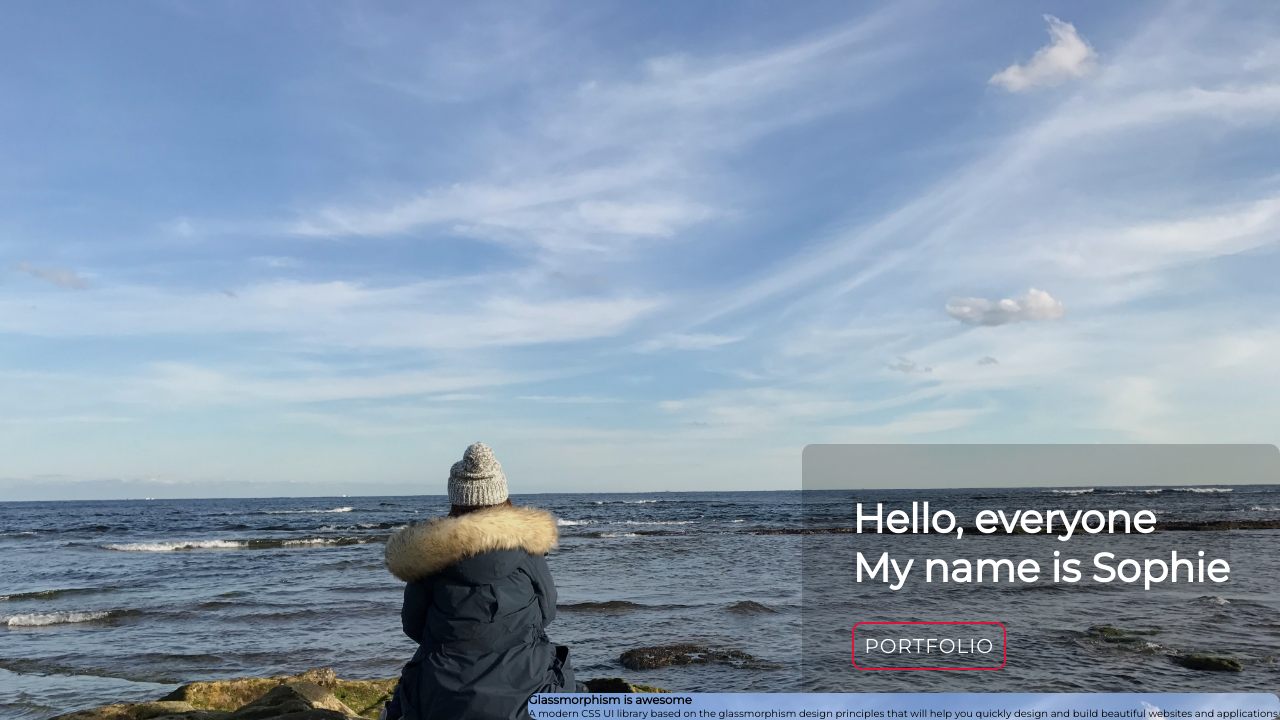
Repository: wenxi0504/StaticWebsite_Profolio
Page: index.html
The author's editor kept a copy of each file at every save. The page is drawn from the files as they stood at one save, then again after the next save.
The browser window is 1280 px wide. The pictures show the whole page.

Above is the page before, as saved 2022-03-02 00:15:15.

### index.html
<!DOCTYPE html>
<html lang="en">
<head>
    <meta charset="UTF-8">
    <meta http-equiv="X-UA-Compatible" content="IE=edge">
    <meta name="viewport" content="width=device-width, initial-scale=1.0">
    <link rel="stylesheet" href="style.css">
    <title>Portfolio</title>
</head>
<body>

    <!-- Introduction section -->
    <section id="myIntro">
        <div class="myIntro container">
            <div class="card">
                <h1>
                    Hello, everyone <br> My name is Sophie
                </h1>
                <a href="#" type="button" class="cta">Portfolio</a>
            </div>
        </div>
        <div class="card">
            <h3 class="card-title">Glassmorphism is awesome</h3>
            <p>A modern CSS UI library based on the glassmorphism design principles that will help you quickly design and build beautiful websites and applications.</p>

        </div>

    </section>

</body>
</html>

### style.css
/* import custom font from GoogleFonts */
@import "https://fonts.googleapis.com/css?family=Montserrat:300, 400, 700&display=swap";
* {
  margin: 0px;
  padding: 0px;
  box-sizing: border-box;
}

html {
  font-size: 10px;
  font-family: "Montserrat", sans-serif;
}

a {
  text-decoration: none;
}

.container {
  min-height: 100vh;
  width: 100%;
  display: flex;
  align-items: center;
  justify-content: center;
}

/* myIntro section */
#myIntro {
  background-image: url(./images/ProfolioBackground.jpg);
  background-size: cover;
  background-position: top center;
  position: relative;
  z-index: 1;
}

/* background blurring */
#myIntro ::after {
  content: "";
  position: absolute;
  left: 0px;
  top: 0px;
  height: 100%;
  width: 100%;
  background-color: black;
  opacity: 10%;
  z-index: -999;
}

.card {
  position: absolute;
  border-radius: 10px;
  right: 0;
  bottom: 0;
  background: inherit;
  overflow: hidden;
  /* -webkit-backdrop-filter: blur(10px);
    backdrop-filter: blur(10px); */
}
.card ::before{
    content: '';
    position: absolute;
    top:0;
    right: 0;
    bottom: 0;
    left: 0;
    background: inherit;
    background-attachment: fixed;
    filter: blur(4px);

}

.card ::after{
    content: '';
    position: absolute;
    top:0;
    right: 0;
    bottom: 0;
    left: 0;
    background: rgba(0, 0, 0, 0.25);

}

#myIntro h1 {
  display: block;
  width: fit-content;
  position: relative;
  margin-top: 5rem;
  margin-left: 5rem;
  margin-right: 5rem;
  font-size: 4rem;
  color: white;
  z-index=2;
}

#myIntro .cta {
  display: inline-block;
  margin-left: 5rem;
  margin-bottom: 5rem;
  padding: 1rem 1rem;
  color: white;
  background-color: transparent;
  border: 2px solid crimson;
  border-radius: 10px;
  font-size: 2rem;
  text-transform: uppercase;
  letter-spacing: 0.1rem;
  margin-top: 30px;
  transition: 0.3s ease;
  transition-property: background-color;
}

#myIntro .cta:hover {
  background-color: crimson;
}

/* end myIntro section */

After the next save:
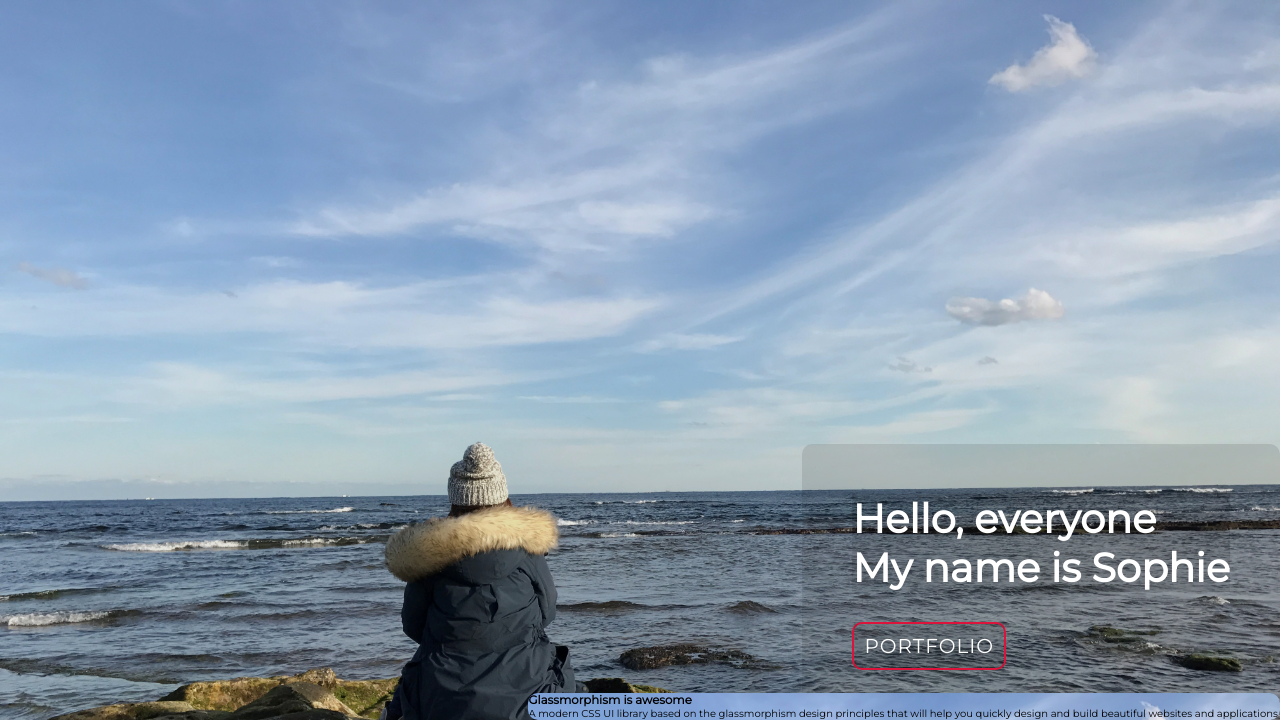
Saved 34 s later.
--- a/style.css
+++ b/style.css
@@ -88,11 +88,12 @@ a {
   margin-right: 5rem;
   font-size: 4rem;
   color: white;
-  z-index=2;
+  z-index:2;
 }
 
 #myIntro .cta {
   display: inline-block;
+  position: relative;
   margin-left: 5rem;
   margin-bottom: 5rem;
   padding: 1rem 1rem;
@@ -106,6 +107,7 @@ a {
   margin-top: 30px;
   transition: 0.3s ease;
   transition-property: background-color;
+  z-index: 2;
 }
 
 #myIntro .cta:hover {
